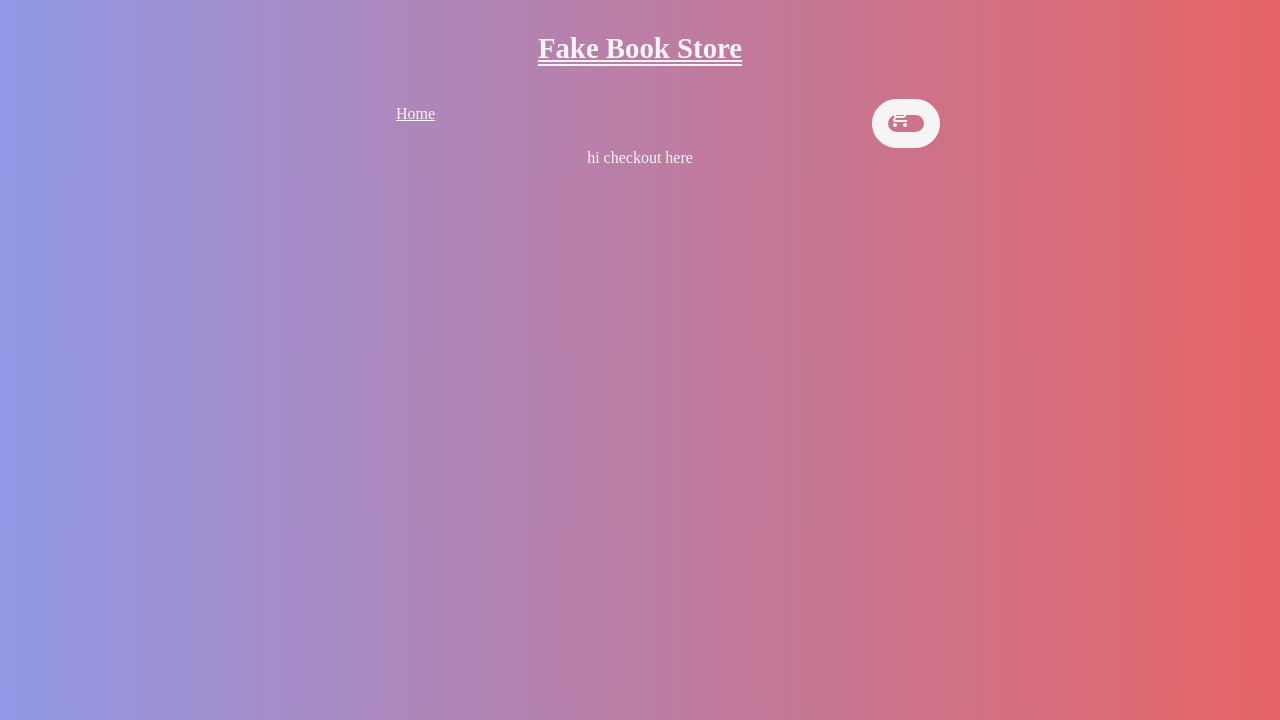
Repository: 0101chaitanya/shopping-cart
Page: /checkout
An editor plug-in stored every save of this project. The page is shown before and after a run of saves, followed by the edit.
The browser window is 1280 px wide. The pictures show the whole page.
Some web libraries are served in a nearby version. The project was rebuilt for these pictures with package versions that can differ from the ones it lists, and the page was loaded fresh each time. Also part of the build but not shown: src/components/Book.js, src/components/Home.js.

Above is the page before, as saved 2021-08-08 14:23:02.

### public/index.html
<!DOCTYPE html>
<html lang="en">

  <head>
    <meta charset="utf-8" />
    <link rel="icon" href="%PUBLIC_URL%/favicon.ico" />
    <meta name="viewport" content="width=device-width, initial-scale=1" />
    <meta name="theme-color" content="#000000" />
    <meta name="description" content="Web site created using create-react-app" />
    <link rel="apple-touch-icon" href="%PUBLIC_URL%/logo192.png" />
    <!--
      manifest.json provides metadata used when your web app is installed on a
      user's mobile device or desktop. See https://developers.google.com/web/fundamentals/web-app-manifest/
    -->
    <link rel="manifest" href="%PUBLIC_URL%/manifest.json" />
    <!--
      Notice the use of %PUBLIC_URL% in the tags above.
      It will be replaced with the URL of the `public` folder during the build.
      Only files inside the `public` folder can be referenced from the HTML.

      Unlike "/favicon.ico" or "favicon.ico", "%PUBLIC_URL%/favicon.ico" will
      work correctly both with client-side routing and a non-root public URL.
      Learn how to configure a non-root public URL by running `npm run build`.
    -->
    <link rel="stylesheet" href="https://fonts.googleapis.com/icon?family=Material+Icons+Outlined" />
    <script src="https://kit.fontawesome.com/3dcaf9f6de.js" crossorigin="anonymous"></script>
    <title>React App</title>
  </head>

  <body>
    <noscript>You need to enable JavaScript to run this app.</noscript>
    <div id="root"></div>
    <!--
      This HTML file is a template.
      If you open it directly in the browser, you will see an empty page.

      You can add webfonts, meta tags, or analytics to this file.
      The build step will place the bundled scripts into the <body> tag.

      To begin the development, run `npm start` or `yarn start`.
      To create a production bundle, use `npm run build` or `yarn build`.
    -->
  </body>

</html>

### src/index.js
import React from "react";
import ReactDOM from "react-dom";
import App from "./App";
import reportWebVitals from "./reportWebVitals";
import { ContextWrapper } from "./components/Context";
ReactDOM.render(
  <React.StrictMode>
    <ContextWrapper>
      <App />
    </ContextWrapper>
  </React.StrictMode>,
  document.getElementById("root")
);

// If you want to start measuring performance in your app, pass a function
// to log results (for example: reportWebVitals(console.log))
// or send to an analytics endpoint. Learn more: https://bit.ly/CRA-vitals
reportWebVitals();

### src/App.js
import "./App.css";
import { produce } from "immer";
import React, { useState, useReducer, useEffect } from "react";
import { BrowserRouter as Router, Route, Switch } from "react-router-dom";
import Nav from "./components/Nav";
import Home from "./components/Home";
import Checkout from "./components/Checkout";

function App() {
  return (
    <Router>
      <div className="App">
        <Nav />

        <Switch>
          <Route path="/" exact component={Home} />
          <Route path="/checkout" exact component={Checkout} />
        </Switch>
      </div>
    </Router>
  );
}

export default App;

### src/components/Context.js
import React, { createContext, useEffect, useContext, useReducer } from "react";
import reducer from "./Reducer";
import data from "./Books.json";
const initialState = {
  cart: data,

  total: 0,
};

const myContext = createContext();

const ContextWrapper = ({ children }) => {
  const [state, dispatch] = useReducer(reducer, initialState);
  const togglePaper = ({ id, paper }) => {
    dispatch({ type: "TOGGLE_PAPER", payload: { id, paper } });
  };
  const toggleCheckout = ({ id, checkout }) => {
    dispatch({ type: "TOGGLE-CHECKOUT", payload: { id, checkout } });
  };

  useEffect(() => {
    computeTotal();
  }, [state.cart]);
  const computeTotal = () => {
    dispatch({ type: "COMPUTE-TOTAL" });
  };
  console.log(state);
  return (
    <myContext.Provider value={{ ...state, togglePaper, toggleCheckout }}>
      {children}
    </myContext.Provider>
  );
};
const useGlobalContext = () => {
  return useContext(myContext);
};

export { useGlobalContext, ContextWrapper };

### src/App.css
.App {
  text-align: center;
}
html,
body,
.App {
  display: flex;
  flex-direction: column;
  justify-content: center;
  align-items: center;
  width: 100vw;
  height: fit-content;
  color: whitesmoke;
  background: linear-gradient(to left, #e66465, #9198e5);
}
nav {
  width: 100vw;
  display: flex;
  flex-direction: column;
  justify-content: center;
  align-items: center;
}

nav > h1 {
  justify-content: center;
  text-align: center;
  font-size: 1.8rem;
  text-decoration: underline double;
}
nav > ul {
  grid-area: ul;
  display: flex;
  align-content: flex-start;
  width: 35rem;
  justify-content: space-between;
  list-style-type: none;
}
nav > ul > li:nth-child(1) {
  display: flex;
}
nav > ul > li:nth-child(1) > * {
  margin: 0 1rem;
}
a {
  color: whitesmoke;
}
input {
  font-size: 2rem;
}
form {
  display: flex;
  flex-direction: column;
  justify-content: flex-start;
  align-items: center;
  width: 12rem;
  height: 25rem;
  font-size: 0.8rem;
  padding: 0.5rem 0rem 0.5rem;
  background: rgb(132, 168, 96);
  border: solid 0.5rem rgb(156, 156, 30);
  border-radius: 1rem;
}
.bookShow {
  width: 80vh;
  justify-content: center;
  align-items: center;
  display: grid;
  grid-auto-flow: row;
  grid-template-columns: repeat(3, 1fr);
  grid-gap: 0.8rem;
}
img {
  width: 10rem;
  height: 15rem;
}
h3,
h4 {
  margin: 0 0.2rem;
}
button {
  background-color: blueviolet;
  border: none;
  border-radius: 0.5rem;
  padding: 0.3rem;
  margin: 0.1rem;
}
button:disabled {
  color: rgb(105, 93, 93);
  background-color: rgb(238, 101, 101);
}
.count {
  border-radius: 2rem;
  border: 1rem solid;
}
.count > span:nth-child(2) {
  position: relative;
  z-index: 10;
  left: -1rem;
  top: -1rem;
}

### src/components/Nav.js
import React, { useState, useEffect } from "react";
import { Link } from "react-router-dom";
import { useGlobalContext } from "./Context";
const Nav = (props) => {
  const { total } = useGlobalContext();
  return (
    <nav>
      <h1>Fake Book Store</h1>
      <ul className="nav-links">
        <li>
          <Link className="links" to="/">
            <span>Home</span>
          </Link>
        </li>
        <li>
          <Link
            style={{ textDecoration: "none" }}
            className="links"
            to="/checkout"
          >
            <span className="count">
              <span class="material-icons-outlined">shopping_cart</span>
              <span> {total}</span>
            </span>
          </Link>
        </li>
      </ul>
    </nav>
  );
};
export default Nav;

### src/components/Checkout.js
import React, { useState, useEffect } from "react";

const Checkout = () => {
  return <div>hi checkout here</div>;
};
export default Checkout;

### src/components/Reducer.js
const reducer = (state, action) => {
  switch (action.type) {
    case "TOGGLE_PAPER":
      const cart_SET_PAPER = state.cart.map((item) => {
        if (item.id === action.payload.id) {
          return { ...item, paper: action.payload.paper };
        }
        return item;
      });
      return { ...state, cart: cart_SET_PAPER };

    case "TOGGLE-CHECKOUT":
      const cartModified = state.cart.map((item) => {
        if (item.id === action.payload.id) {
          console.log(action.payload.checkout, item.id, action.payload.id);
          return { ...item, checkout: action.payload.checkout };
        }
        return item;
      });
      return { ...state, cart: [...cartModified] };

    case "COMPUTE-TOTAL":
      let count = state.cart.filter((item) => {
        return item.checkout ? true : false;
      });
      return { ...state, total: count.length };
    default:
      throw new Error(`no matching action found for ${action.type}`);
  }
};
export default reducer;

### src/components/Books.json
[
  {
    "id": "book1",
    "name": "Anna Karenina",
    "image": "https://archive.org/services/img/ost-english-annakareninatols00tolsiala",
    "price": 399,
    "identifier": "ost-english-annakareninatols00tolsiala",
    "checkout": true,
    "paper": false
  },
  {
    "id": "book2",
    "name": "Madame Bovary : a study of provincial life",
    "image": "https://archive.org/services/img/madamebovarystud00flau",
    "price": 499,
    "identifier": "madamebovarystud00flau",
    "checkout": true,
    "paper": false
  },
  {
    "id": "book3",
    "name": "War and Peace",
    "image": "https://archive.org/services/img/warandpeace01dolegoog",
    "checkout": false,
    "paper": false,

    "price": 1299,
    "identifier": "warandpeace01dolegoog"
  },
  {
    "id": "book4",
    "name": "The Great Gatsby",
    "image": "https://archive.org/services/img/the-great-gatsby_1922",
    "checkout": true,
    "paper": true,

    "price": 799,
    "identifier": "the-great-gatsby_1922"
  },
  {
    "id": "book5",
    "name": "Middlemarch",
    "image": "https://archive.org/services/img/middlemarchastu07eliogoog",
    "checkout": false,
    "paper": false,

    "price": 150,
    "identifier": "middlemarchastu07eliogoog"
  },
  {
    "id": "book6",
    "name": "The Adventures of Huckleberry Finn",
    "image": "https://archive.org/services/img/adventureshuckle00twaiiala",
    "checkout": false,
    "paper": false,

    "price": 249,
    "identifier": "adventureshuckle00twaiiala"
  },
  {
    "id": "book7",
    "name": "The Stories of Anton Chekhov",
    "image": "https://archive.org/services/img/in.ernet.dli.2015.507759",
    "checkout": false,
    "paper": false,

    "price": 550,
    "identifier": "in.ernet.dli.2015.507759"
  },
  {
    "id": "book8",
    "name": "In Search of Lost Time",
    "image": "https://archive.org/services/img/InSearchOfLostTimeCompleteVolumes",

    "checkout": false,
    "paper": false,
    "price": 1199,
    "identifier": "InSearchOfLostTimeCompleteVolumes"
  },
  {
    "id": "book9",
    "name": "Hamlet",
    "image": "https://archive.org/services/img/shakespeareshaml01shak",
    "checkout": false,
    "paper": false,

    "price": 1500,
    "identifier": "shakespeareshaml01shak"
  },
  {
    "id": "book10",
    "name": "Moby Dick",
    "image": "https://archive.org/services/img/mobydickorwhale01melvuoft",
    "checkout": false,
    "paper": false,

    "price": 699,
    "identifier": "mobydickorwhale01melvuoft"
  }
]

Loaded but not shown: src/reportWebVitals.js (common file)

After the next 2 saves:
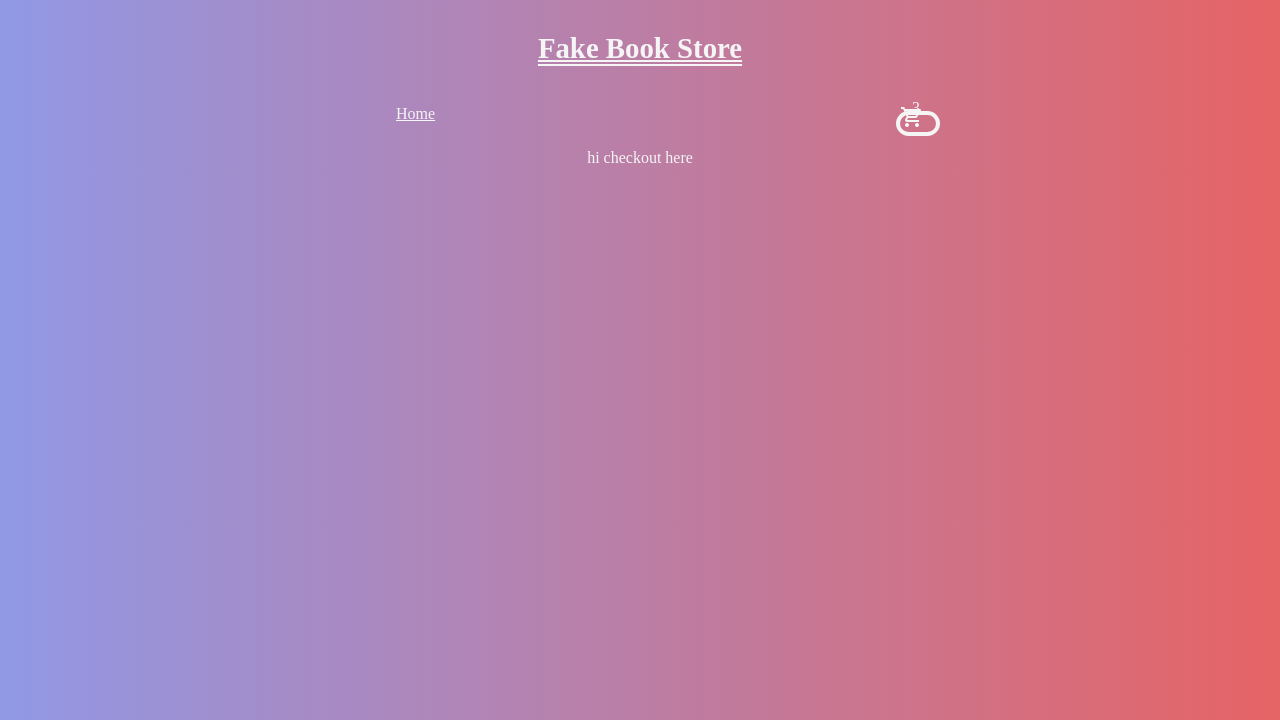
The 2 saves are shown as one change because they came seconds apart.
The last was saved 13 s later.
--- a/src/App.css
+++ b/src/App.css
@@ -90,7 +90,7 @@ button:disabled {
 }
 .count {
   border-radius: 2rem;
-  border: 1rem solid;
+  border: 0.3rem solid;
 }
 .count > span:nth-child(2) {
   position: relative;
